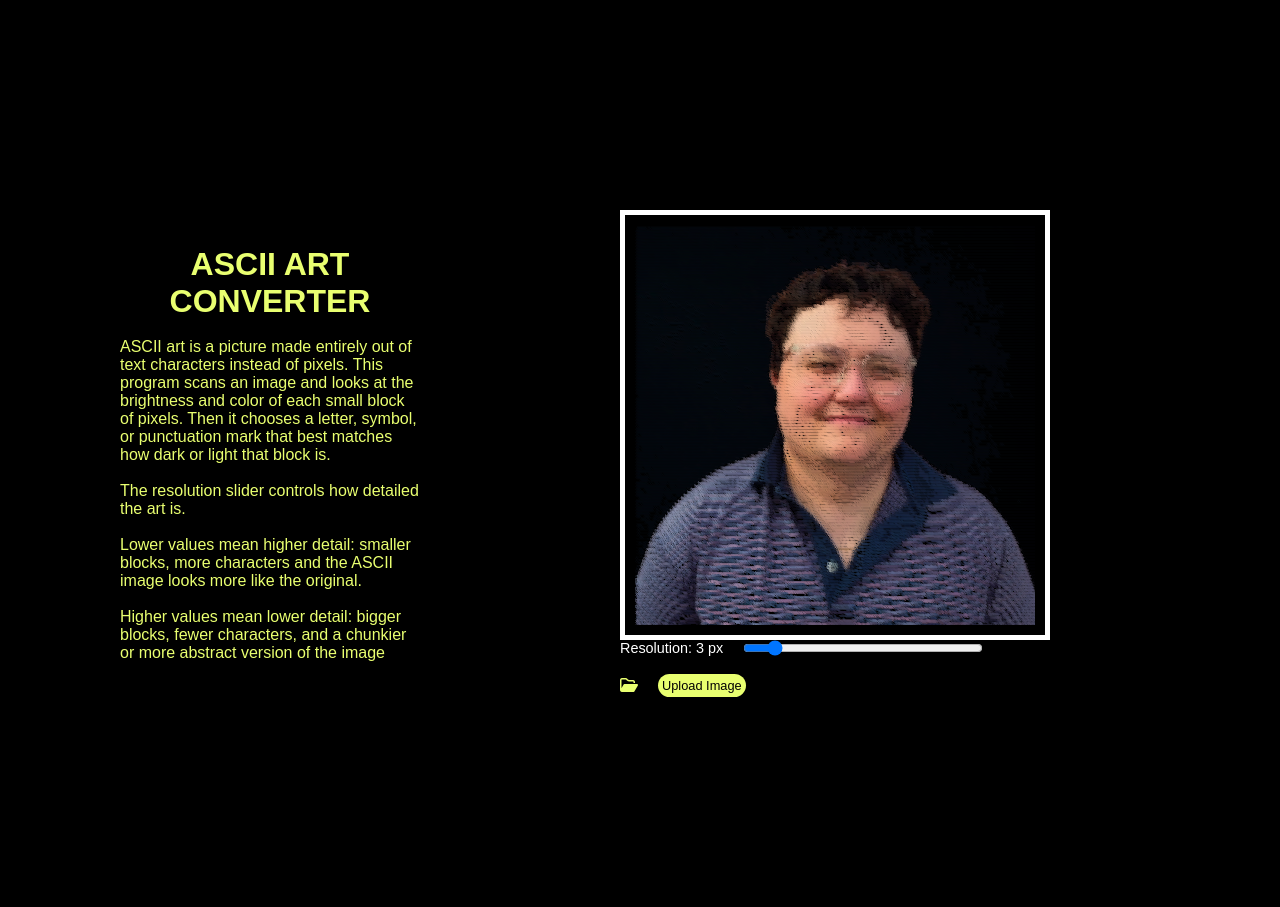
Repository: rosieomusic/ascii-art
Page: index.html
The author's editor kept a copy of each file at every save. The page is drawn from the files as they stood at one save, then again after the next save.
The browser window is 1280 px wide. The pictures show the whole page.
Some web libraries are served in a nearby version.

Above is the page before, as saved 2025-05-06 19:28:55.

### index.html
<!DOCTYPE html>
<html>
	<head>
		<meta charset="UTF-8" />
		<meta
			name="viewport"
			content="width=device-width, initial-scale=1.0"
		/>

		<title>ASCII ART</title>
		<link
			rel="stylesheet"
			href="styles.css"
		/>
		<script
			src="https://kit.fontawesome.com/56e0d45a0e.js"
			crossorigin="anonymous"
		></script>
	</head>
	<body>
		<div class="big-container">
			<div id="explaination">
				<h1>ASCII ART CONVERTER</h1>
				<br />
				<p>
					ASCII art is a picture made entirely out of text characters instead of
					pixels. This program scans an image and looks at the brightness and
					color of each small block of pixels. Then it chooses a letter, symbol,
					or punctuation mark that best matches how dark or light that block is.
				</p>
				<br />
				<p>The resolution slider controls how detailed the art is.</p>
				<br />
				<p>
					Lower values mean higher detail: smaller blocks, more characters and
					the ASCII image looks more like the original.
				</p>
				<br />
				<p>
					Higher values mean lower detail: bigger blocks, fewer characters, and
					a chunkier or more abstract version of the image
				</p>
			</div>
			<div class="container">
				<canvas id="canvas1"></canvas>
				<div class="controls">
					<label
						for="resolution"
						id="resolutionLabel"
						>Resolution 5 px</label
					>
					<input
						type="range"
						id="resolution"
						name="resolution"
						min="1"
						max="20"
						value="3"
					/>
				</div>
				<br />
				<div id="upload">
					<i class="fa-regular fa-folder-open"></i>

					<input
						type="file"
						id="imageUpload"
						accept="image/*"
					/>
					<label
						for="imageUpload"
						class="upload-btn"
						>Upload Image</label
					>
					<pre id="ascii-output"></pre>
					<canvas
						id="canvas2"
						style="display: none"
					></canvas>
				</div>
			</div>
		</div>

		<script src="script.js"></script>
	</body>
</html>

### styles.css
* {
	margin: 0;
	padding: 0;
	/* box-sizing: border-box; */
}
body {
	background: black;
}
.big-container {
	display: flex;
	flex-direction: column;
	align-items: center;
	justify-content: center;
	padding: 50px;
	gap: 20px;
}
h1 {
	text-align: center;
}
.container {
	position: relative;
	justify-content: center;
	align-items: center;
}
#canvas1 {
	border: 5px solid white;
	width: 100%;
	max-width: 800px;
	min-width: 300px;
	height: auto;
	display: block;
	padding-bottom: 5px;
}
.controls {
	display: flex;
}
.controls > input {
	width: 60%;
}
.controls > label {
	font-family: Arial, Helvetica, sans-serif;

	color: white;
	font-size: 0.9rem;
	padding-right: 10px;
}
i {
	color: #e9ff70;
	margin-right: 20px;
	margin-top: 3px;
}
#imageUpload {
	display: none;
}
#upload {
	display: flex;
}
.upload-btn:hover {
	cursor: pointer;
	transform: scale(1.05);
}
.upload-btn {
	font-family: Arial, Helvetica, sans-serif;
	font-size: 0.8em;
	background-color: #e9ff70;
	color: black;
	padding: 4px;
	border-radius: 20px;
	transition: transform 200ms ease-in-out;
}

#explaination {
	font-family: Arial, Helvetica, sans-serif;
	margin: 20px;
	width: 300px;
	color: #e9ff70;
}

@media (min-width: 768px) {
	.big-container {
		flex-direction: row;
	}
	.container {
		padding: 10em;
		width: 100%;
		max-width: 400px;
	}
	#canvas1 {
		border: 5px solid white;
		width: 100%;
		padding: 10px;
		max-width: 400px;
		height: auto;
	}

	.controls > label {
		padding-right: 20px;
		font-size: 1/2rem;
	}
	#resolutionLabel {
		white-space: no-wrap;
	}
}

### script.js
const inputSlider = document.getElementById('resolution');
const inputLabel = document.getElementById('resolutionLabel');
const canvas = document.getElementById('canvas1');
const ctx = canvas.getContext('2d');

const image1 = new Image();
image1.src = 'img/roseomalleyheadshotblack.png';
inputSlider.addEventListener('change', handleSlider);

const imageUpload = document.getElementById('imageUpload');

imageUpload.addEventListener('change', function (event) {
	const file = event.target.files[0];
	if (!file) return;

	const reader = new FileReader();
	reader.onload = function (e) {
		image1.src = e.target.result; // This re-triggers image1.onload
	};
	reader.readAsDataURL(file);
});

class Cell {
	constructor(x, y, symbol, color, size) {
		this.x = x;
		this.y = y;
		this.symbol = symbol;
		this.color = color;
		this.size = size;
		//this.padding = this.size * 0.2;
	}
	draw(ctx) {
		ctx.font = `${this.size * 2}px Courier New`;
		//ctx.fillStyle = 'yellow';
		ctx.fillText(this.symbol, this.x + 1, this.y + 1, +this.size);

		ctx.fillStyle = this.color;
		ctx.fillText(this.symbol, this.x, this.y, this.size);
		ctx.textBaseline = 'top';
	}
}
class AsciiEffect {
	#imageCellArray = [];
	#pixels = [];
	#ctx;
	#width;
	#height;
	constructor(ctx, width, height) {
		this.#ctx = ctx;
		this.#width = width;
		this.#height = height;
		this.#ctx.drawImage(image1, 0, 0, this.#width, this.#height);
		this.#pixels = this.#ctx.getImageData(0, 0, this.#width, this.#height);
		//console.log(this.#pixels.data);
	}
	#convertToSymbol(g) {
		// @#W$9876543210?!abc;:+=-,._
		// .,:ilwW"
		// '$@B%8&WM#*oahkbdpqwmZO0QLCJUYXzcvunxrjft/|()1{}[]?-_+~<>i!lI;:,"^`'
		//`^",:;Il!i><~+_-?][}{1)(|/tfjrxnuvczXYUJCLQ0OZmwqpdbkhao*#MW&8%B@$

		const asciiGradient =
			' .`^",:;Il!i><~+_-?][}{1)(|/tfjrxnuvczXYUJCLQ0OZmwqpdbkhao*#MW&8%B@$';

		const index = Math.floor((g / 255) * (asciiGradient.length - 1));
		return asciiGradient[index];
	}

	#scanImage(cellSize) {
		this.#imageCellArray = [];
		const stepX = Math.floor(cellSize * 0.6);
		const stepY = cellSize;
		for (let y = 0; y < this.#pixels.height; y += stepY) {
			for (let x = 0; x < this.#pixels.width; x += stepX) {
				if (x >= this.#pixels.width || y >= this.#pixels.height) continue;
				const posX = x * 4;
				const posY = y * 4;
				const pos = (y * this.#pixels.width + x) * 4;

				if (this.#pixels.data[pos + 3] > 128) {
					const red = this.#pixels.data[pos];
					const green = this.#pixels.data[pos + 1];
					const blue = this.#pixels.data[pos + 2];
					const grayscale = 0.2126 * red + 0.7152 * green + 0.0722 * blue;

					//const color = 'yellow';
					//const color = grayscale > 110 ? 'white' : 'black';
					const total = red + green + blue;
					const averageColorValue = total / 3;
					const color = `rgb(${red}, ${green}, ${blue})`;
					const symbol = this.#convertToSymbol(averageColorValue);
					if (symbol)
						this.#imageCellArray.push(new Cell(x, y, symbol, color, cellSize));
				}
			}
		}
		//console.log(this.#imageCellArray);
	}
	#drawAscii() {
		this.#ctx.clearRect(0, 0, this.#width, this.#height);
		for (let i = 0; i < this.#imageCellArray.length; i++) {
			this.#imageCellArray[i].draw(this.#ctx);
		}
	}
	draw(cellSize) {
		this.#scanImage(cellSize);
		this.#drawAscii();
	}
}
let effect;
function handleSlider() {
	//console.log('Slider value: ', inputSlider.value);
	if (inputSlider.value == 1) {
		inputLabel.innerHTML = 'Original Image';
		ctx.drawImage(image1, 0, 0, canvas.width, canvas.height);
	} else {
		inputLabel.innerHTML = 'Resolution: ' + inputSlider.value + ' px';
		ctx.font = parseInt(inputSlider.value) * 2 + 'px Courier New';
		effect.draw(parseInt(inputSlider.value));
	}
}
image1.onload = function initialize() {
	//console.log('Image loaded: ', image1.src);
	//console.log('Image dimiensions: ', image1.width, image1.height);
	const maxDimension = 550;

	let scale = Math.min(
		maxDimension / image1.width,
		maxDimension / image1.height,
		1
	);

	const scaledWidth = image1.width * scale;
	const scaledHeight = image1.height * scale;
	canvas.width = scaledWidth;
	canvas.height = scaledHeight;

	ctx.clearRect(0, 0, canvas.width, canvas.height);
	ctx.drawImage(image1, 0, 0, scaledWidth, scaledHeight);

	effect = new AsciiEffect(ctx, scaledWidth, scaledHeight);
	//effect.draw(parseInt(inputSlider.value));

	const base64Image = canvas.toDataURL(image1);
	//console.log('Base64 image:', base64Image);

	handleSlider();
};
const string =
	'$@B%8&WM#*oahkbdpqwmZO0QLCJUYXzcvunxrjft/|()1{}[]?-_+~<>i!lI;:,"^`';

function reverseString(str) {
	const reversed = str.split('').reverse().join('');
	console.log(reversed);
	return reversed;
}

reverseString(string);

After the next save:
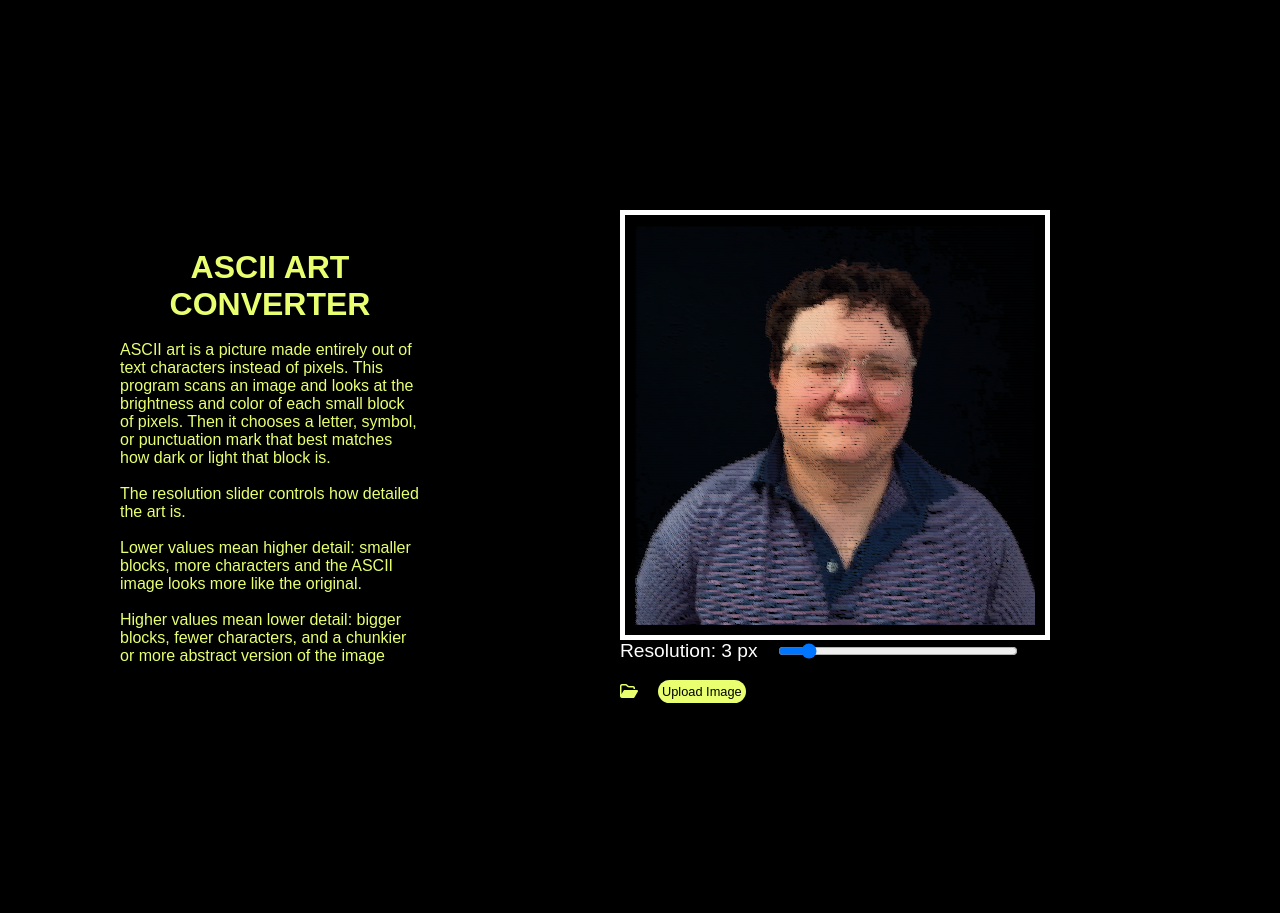
Saved 75 s later.
--- a/styles.css
+++ b/styles.css
@@ -95,7 +95,7 @@ i {
 
 	.controls > label {
 		padding-right: 20px;
-		font-size: 1/2rem;
+		font-size: 1.2rem;
 	}
 	#resolutionLabel {
 		white-space: no-wrap;
